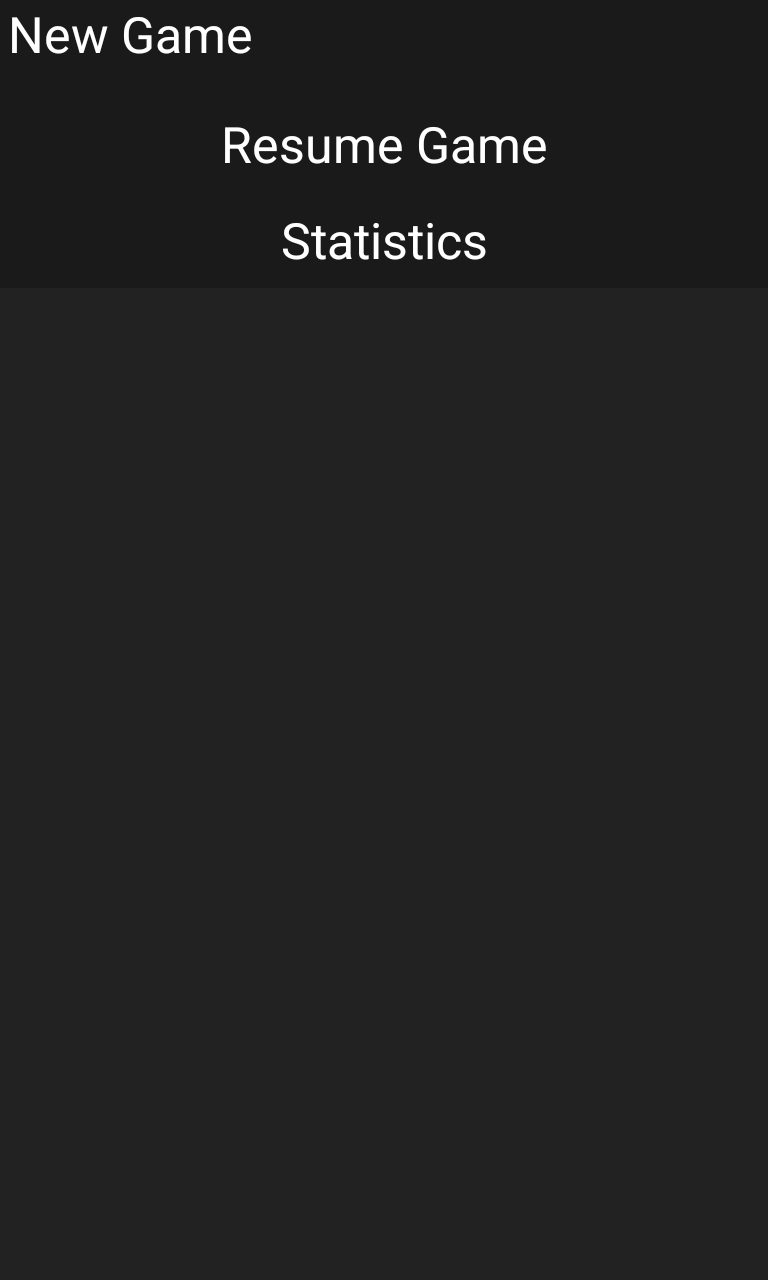
Repository: andyhurd/SuperMunchkin
Layout: SuperMunchkin/res/layout/activity_main_menu.xml
These files come from the project's save history. The layout is drawn as it stood at one moment and after the next save; the edit follows.
It is drawn on a 768 x 1280 px phone screen (xhdpi) without system bars, with theme AppTheme; the app's code is not run.

Above is the layout before, as saved 2012-11-02 01:20:35.

After the next save:
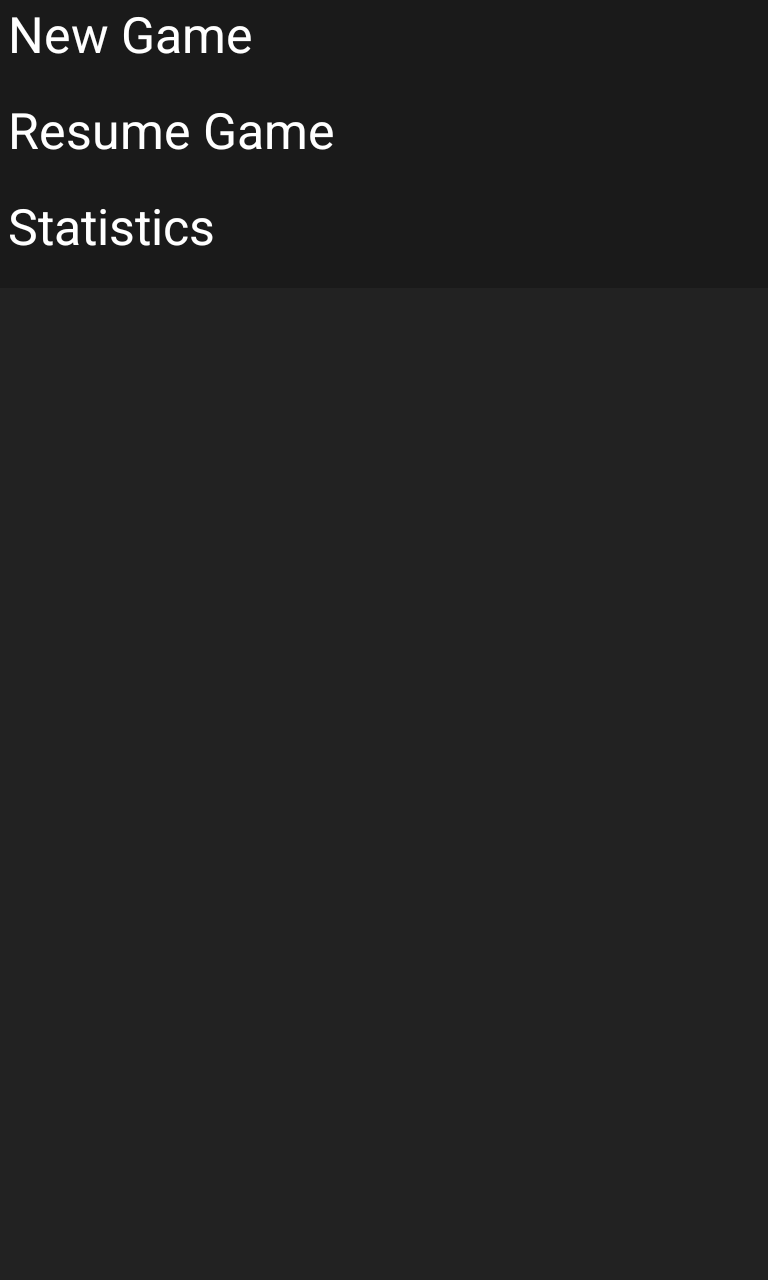
Saved 5 s later.
--- a/SuperMunchkin/res/layout/activity_main_menu.xml
+++ b/SuperMunchkin/res/layout/activity_main_menu.xml
@@ -30,6 +30,7 @@
 	            android:text="@string/resume_game"
 		        android:textColor="@android:color/white"
 		        android:textSize="25dip"
+		        android:gravity="left"
 		        style="?android:attr/borderlessButtonStyle" />
 
 	        <Button
@@ -39,6 +40,7 @@
 	            android:text="@string/statistics"
 		        android:textColor="@android:color/white"
 		        android:textSize="25dip"
+		        android:gravity="left"
 		        style="?android:attr/borderlessButtonStyle" />
         </LinearLayout>
 
